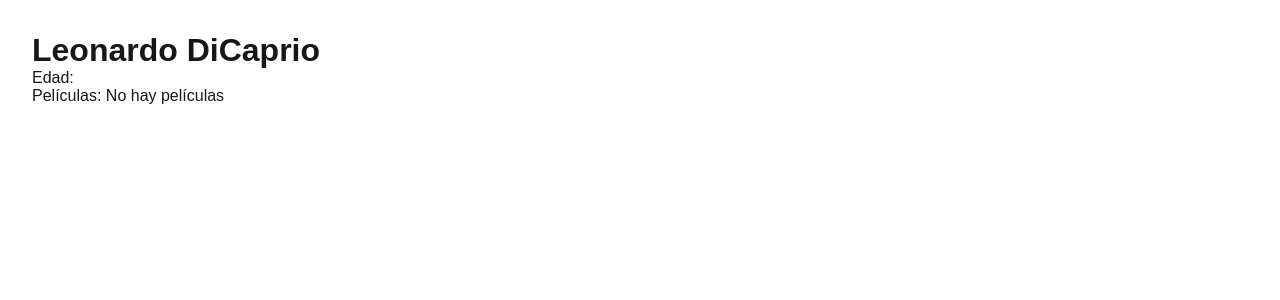
Repository: osoriomrs/ICS_IA
Page: /actors/a1 (app in ejer_11.1/)
The author's editor kept a copy of each file at every save. The page is drawn from the files as they stood at one save, then again after the next save.
The browser window is 1280 px wide. The pictures show the whole page.
The project was rebuilt for these pictures with package versions that can differ from the ones it lists, and the page was loaded fresh each time. The framework's server and built-in components were replaced by stand-ins that run in the browser. Also part of the build but not shown: ejer_11.1/next.config.mjs.

Above is the page before, as saved 2026-02-04 11:56:56.

After the next save:
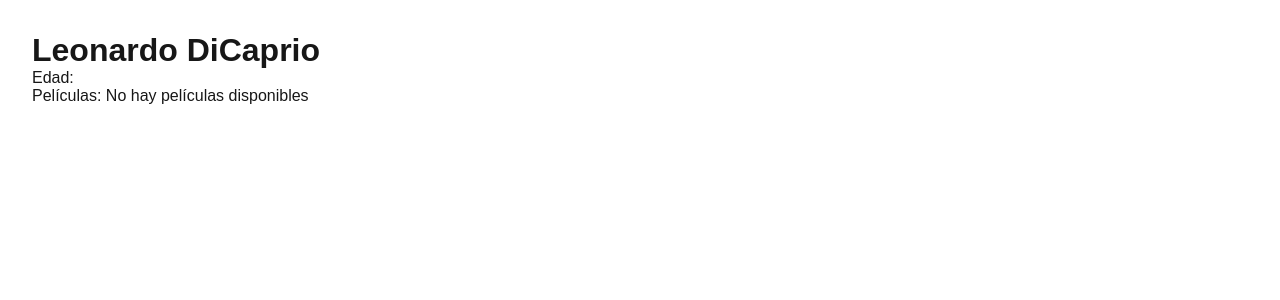
Saved 10 min 0 s later.
--- a/ejer_11.1/app/actors/[actorId]/page.js
+++ b/ejer_11.1/app/actors/[actorId]/page.js
@@ -1,7 +1,6 @@
 import { ACTORS } from '../../../lib/cinema';
 
 export default async function ActorDetailPage({ params }) {
-  // ⚡ Esperamos que se resuelva la promesa
   const { actorId } = await params;
 
   const actor = ACTORS.find(a => a.id === actorId);
@@ -18,7 +17,7 @@
         Películas:{' '}
         {actor.movies && actor.movies.length > 0
           ? actor.movies.join(', ')
-          : 'No hay películas'}
+          : 'No hay películas disponibles'}
       </p>
     </div>
   );
